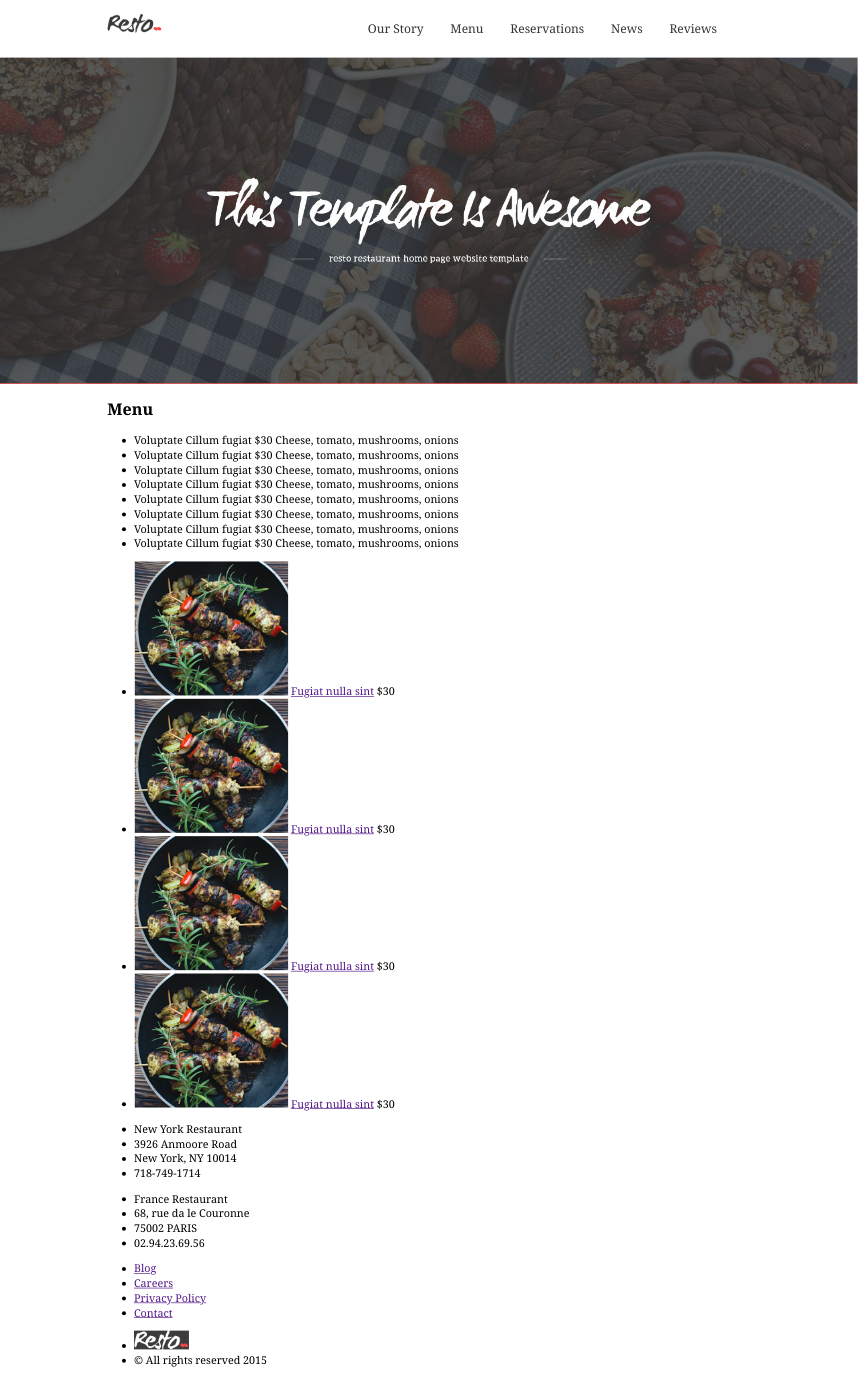
Repository: Piterwk1/psd-to-wordpress
Page: index.html
These files come from the project's save history. The page is drawn as it stood at one moment and after the next save; the edit follows.
The browser window is 1280 px wide. The pictures show the whole page, at 67% of full size.

Above is the page before, as saved 2021-09-23 00:48:06.

After the next save:
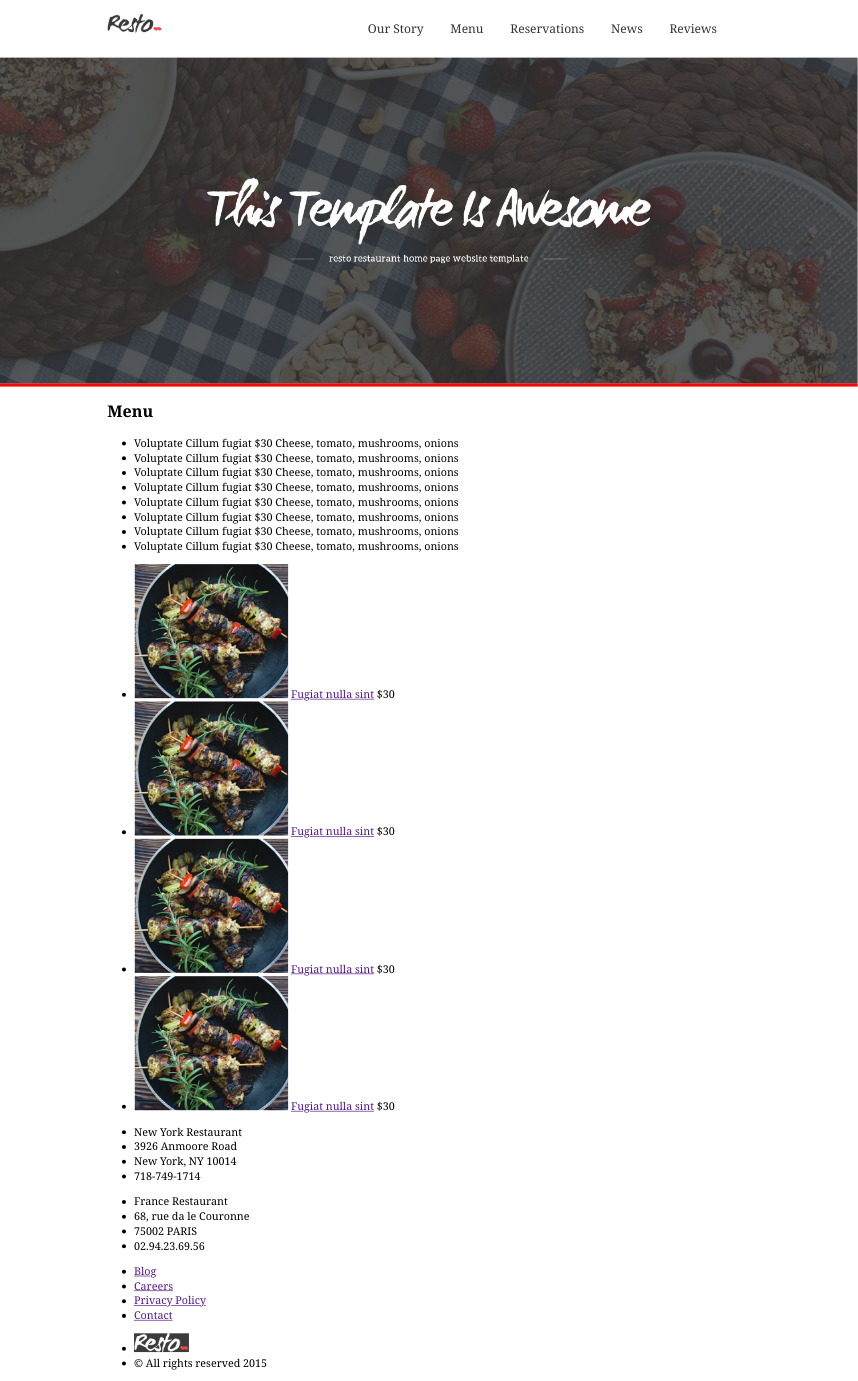
Saved 15 s later.
--- a/style.css
+++ b/style.css
@@ -60,5 +60,5 @@ nav {
 }
 
 #main-banner img {
-    border-bottom: 1px solid rgb(247, 6, 6);
+    border-bottom: 5px solid rgb(247, 6, 6);
 }
